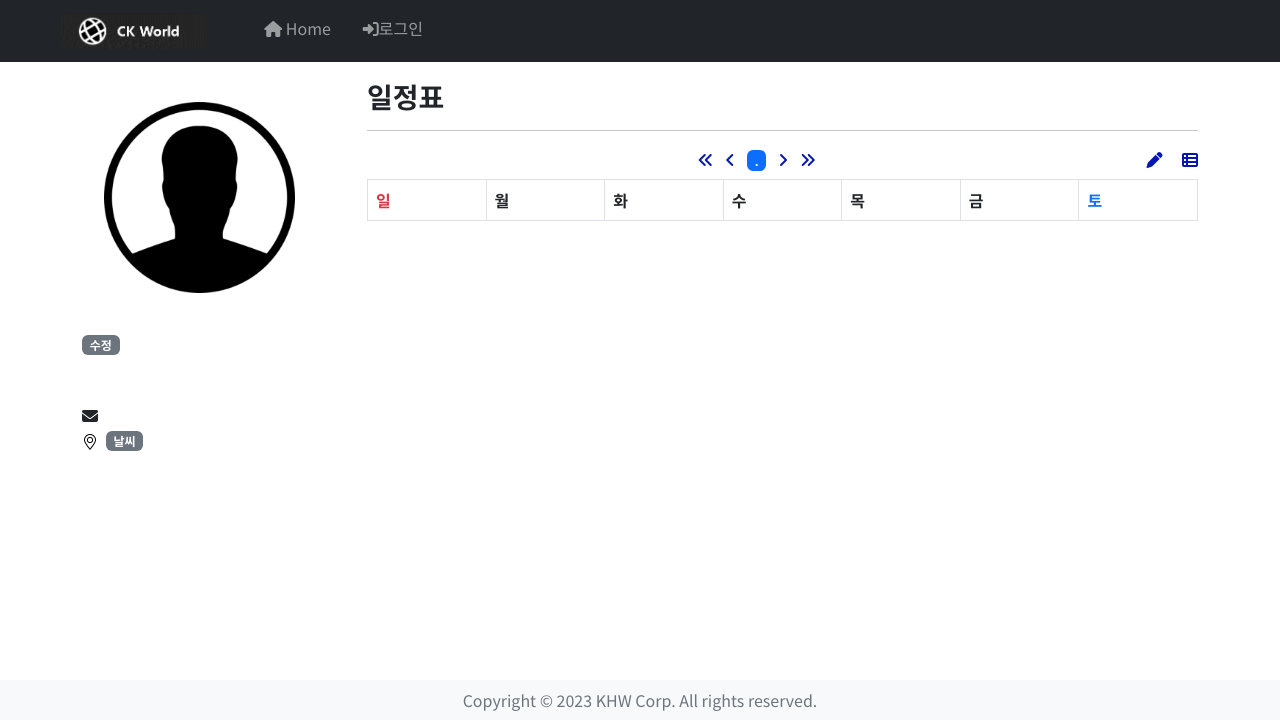
Repository: ssmpet/Spring-BBS-2023.07
Page: http://localhost/sbbs/WEB-INF/view/schedule/calendar.jsp
These files come from the project's save history. The page is drawn as it stood at one moment and after the next save; the edit follows.
The browser window is 1280 px wide. The pictures show the whole page.
Some web fonts or font styles are not loaded; a fallback is used. Some web libraries are served in a nearby version. The page is served by Tomcat 9. Nobody is signed in. The template is opened directly, without the code that normally fills it, so the values that code supplies are empty.

Above is the page before, as saved 2023-08-03 00:07:01.

After the next save:
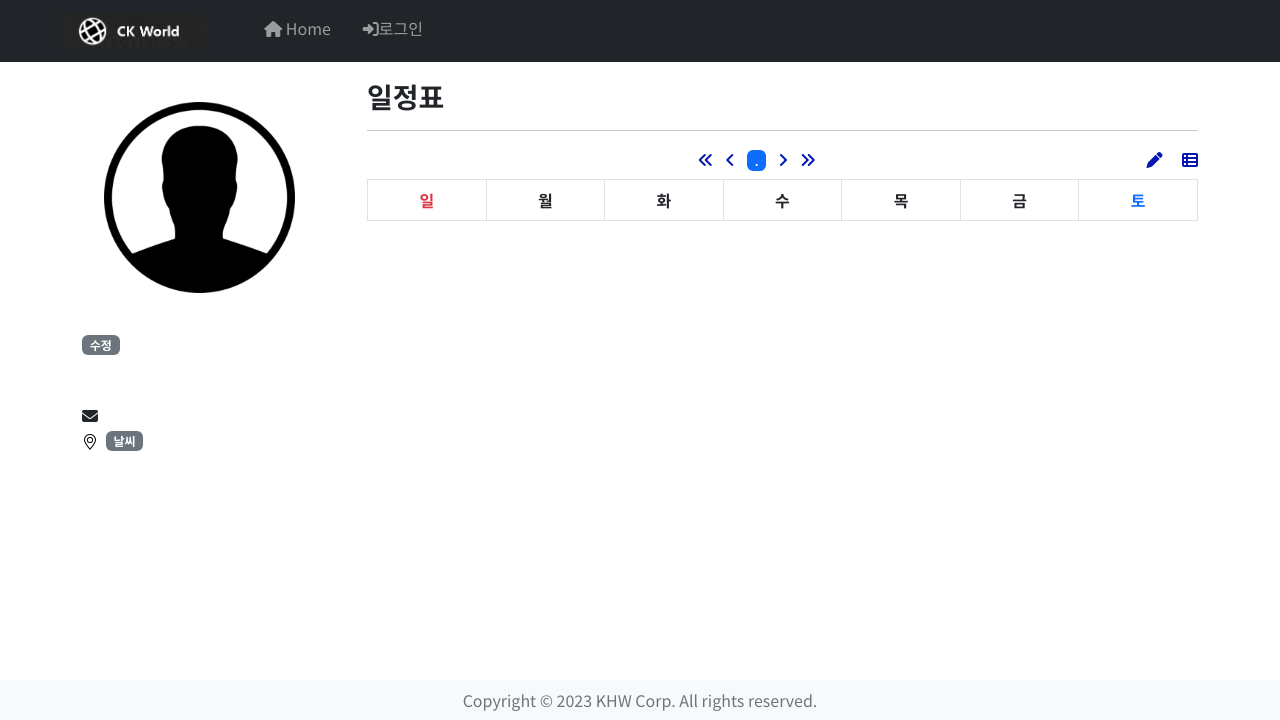
Saved 68 s later.
--- a/sbbs/src/main/webapp/WEB-INF/view/schedule/calendar.jsp
+++ b/sbbs/src/main/webapp/WEB-INF/view/schedule/calendar.jsp
@@ -38,7 +38,7 @@
                     </div>
                 </div>
                 <table class="table table-bordered mt-2">
-                    <tr>
+                    <tr style="text-align:center">
                         <th class="text-danger">일</th>
                         <th>월</th><th>화</th><th>수</th><th>목</th><th>금</th>
                         <th class="text-primary">토</th>
